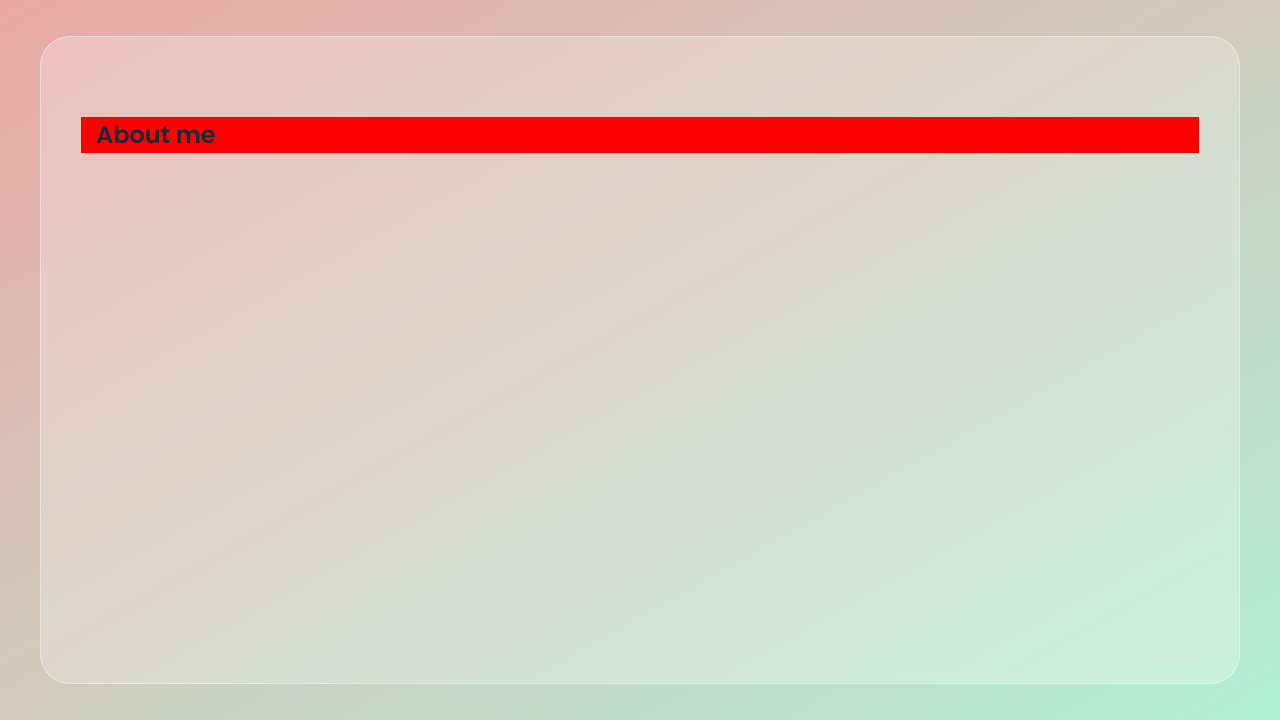
Repository: dewaary/Glassmorp-me
Page: index.html
These files come from the project's save history. The page is drawn as it stood at one moment and after the next save; the edit follows.
The browser window is 1280 px wide. The pictures show the whole page.

Above is the page before, as saved 2021-05-25 12:56:26.
Not found: js/script,js

### index.html
<!DOCTYPE html>
<html lang="en">

<head>
    <meta charset="UTF-8">
    <meta http-equiv="X-UA-Compatible" content="IE=edge">
    <meta name="viewport" content="width=device-width, initial-scale=1.0">
    <link rel="stylesheet" href="style.css">
    <title>Document</title>
</head>

<body>
    <div class="main">
        <section class="home-section align-items-center hidden">
            <div class="container">
                <div class="row align-items-center">
                    <div class="home-text">
                        <p>Hello, I'm</p>
                        <h1>Dewa Ari</h1>
                        <h2>Full-Stack Web Developer</h2>
                        <a href="#" class="btn">more about me</a>
                        <a href="#" class="btn">portfolio</a>
                    </div>
                    <div class="home-img">
                        <div class="img-box">
                            <img src="img/profile-img.png" alt="profile-img">
                        </div>
                    </div>
                </div>
            </div>
        </section>

<!-- About Section -->
        <section class="about-section sec-padding">
            <div class="container">
                <div class="row">
                    <div class="section-title">
                        <h2>About me</h2>
                    </div>
                </div>
            </div>
        </section>

    </div>
    <script src="js/script,js"></script>
</body>

</html>

### style.css
/* Fonts */
@import url("https://fonts.googleapis.com/css2?family=Poppins:wght@300;400;500;600;700&display=swap");

/* Variables */

:root {
  --main-color: #e02f6b;
  --blue: #0000ff;
  --blue-dark: #18293c;
  --orange: #ffa500;
  --green-yellow: #cddc39;
  --pink-light: #efa2b4;
  --cyan-light: #aef1ee;
  --white: #ffffff;
  --white-alpha-40: rgba(255, 255, 255, 0.4);
  --white-alpha-25: rgba(255, 255, 255, 0.25);
  --backdrop-filter-blur: blur(5px);
}

* {
  box-sizing: border-box;
  padding: 0;
  margin: 0;
  outline: none;
}

::before,
::after {
  box-sizing: border-box;
}

body {
  min-height: 100vh;
  background-image: linear-gradient(
    to bottom right,
    var(--pink-light),
    var(--cyan-light)
  );
  font-size: 16px;
  font-family: "Poppins", sans-serif;
  font-weight: 300;
  color: var(--blue-dark);
  line-height: 1.5;
  overflow-x: hidden;
  -webkit-tap-highlight-color: transparent;
  padding: 5vh 15px;
}

body::before {
  content: "";
  position: fixed;
  left: 0;
  top: 0;
  height: 100%;
  width: 100%;
  background-color: var(--green-yellow);
  z-index: -1;
  opacity: 0.12;
}

a {
  text-decoration: none;
}

h1,
h2 {
  font-weight: 600;
}

h3,
h4,
h5,
h6 {
  font-weight: 500;
}

img {
  max-width: 100%;
  vertical-align: middle;
}

section {
  background-color: var(--white-alpha-25);
  border: 1px solid var(--white-alpha-40);
  min-height: 90vh;
  border-radius: 30px;
  backdrop-filter: var(--backdrop-filter-blur);
}

.main {
  max-width: 1200px;
  margin: auto;
}

.row {
  display: flex;
  flex-wrap: wrap;
}

.container {
  padding: 0 40px;
  width: 100%;
}

.align-items-center {
  align-items: center;
}

.hidden{
  display: none !important;
}

.sec-padding {
  padding: 80px 0;;
}

/* Section Tittle */
.section-title {
  background-color: red;
  padding: 0 15px;
  width: 100%;
}

.section-title h2 {


}


/* Custome Scroolbar */

::-webkit-scrollbar{
  width: 5px;
}

::-webkit-scrollbar-track{
  background-color: var(--white);
}

::-webkit-scrollbar-thumb {
  background-color: var(--main-color);
}

/*
Buttons */

.btn {
  line-height: 1.5;
  background-color: var(--white-alpha-25);
  border: 1px solid var(--white-alpha-40);
  padding: 10px 28px;
  display: inline-block;
  border-radius: 30px;
  color: var(--main-color);
  font-weight: 500;
  text-transform: capitalize;
  font-family: inherit;
  font-size: 16px;
  cursor: pointer;
  user-select: none;
  position: relative;
  overflow: hidden;
  vertical-align: middle;
  transition: width 0.3s ease;
}

.btn::before {
  content: "";
  position: absolute;
  left: 0;
  top: 0;
  height: 100%;
  width: 0%;
  background-color: var(--main-color);
  z-index: -1;
  transition: width 0.3s ease;
}

.btn:hover::before {
  width: 100%;
}
.btn:hover {
  color: var(--white);
}

/*
Home Section */

.home-section {
  display: flex;
  padding: 120px 0;
}

.home-text,
.home-img {
  width: 50%;
  padding: 15px;
}

.home-text p {
  font-size: 15px;
}

.home-text h2 {
  font-size: 20px;
  text-transform: capitalize;
  font-weight: 300;
  margin: 0 0 30px;
}

.home-text .btn {
  margin: 0 15px 15px 0;
}

.home-text h1 {
  font-size: 50px;
  text-transform: capitalize;
}

.home-img .img-box {
  max-width: 360px;
  background-color: var(--white-alpha-25);
  border-radius: 50%;
  background-color: var(--white-alpha-25);
  margin: auto;
}

.home-img .img-box img {
  width: 100%;
  border-radius: 50%;
}

After the next save:
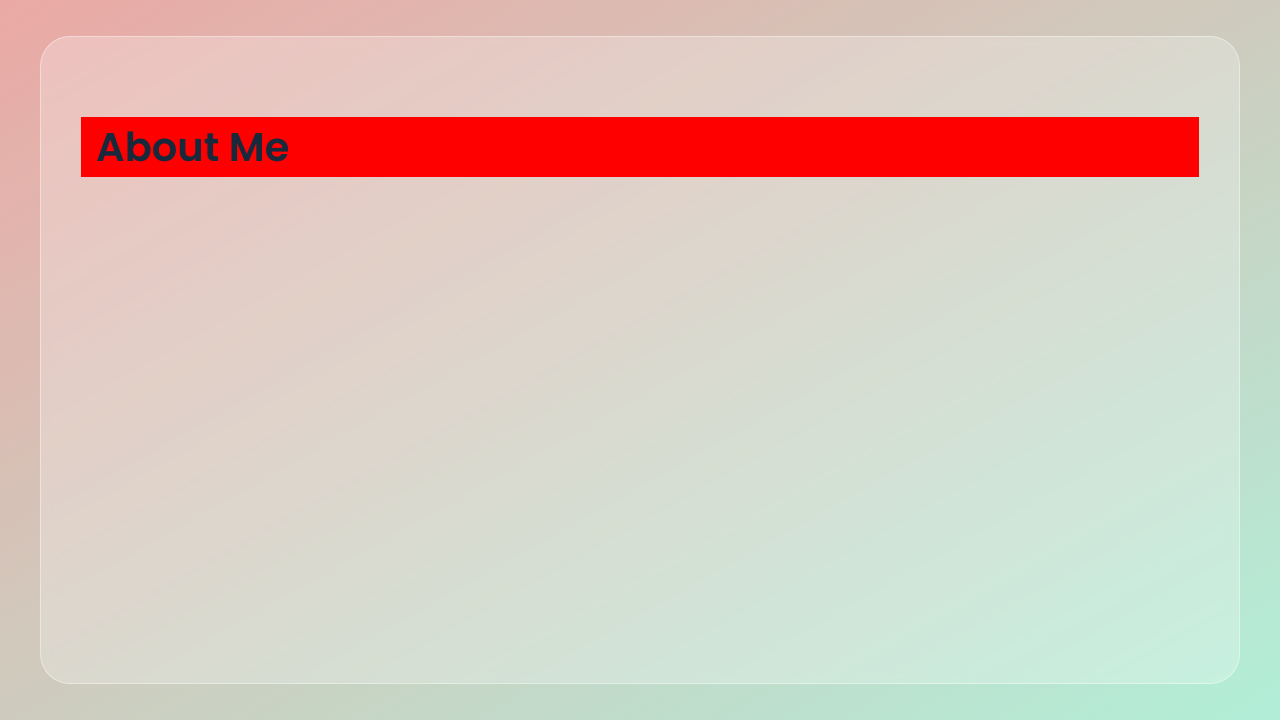
Saved 37 s later.
--- a/style.css
+++ b/style.css
@@ -123,7 +123,8 @@ section {
 
 .section-title h2 {
 
-
+  font-size: 40px;
+  text-transform: capitalize;
 }
 
 
